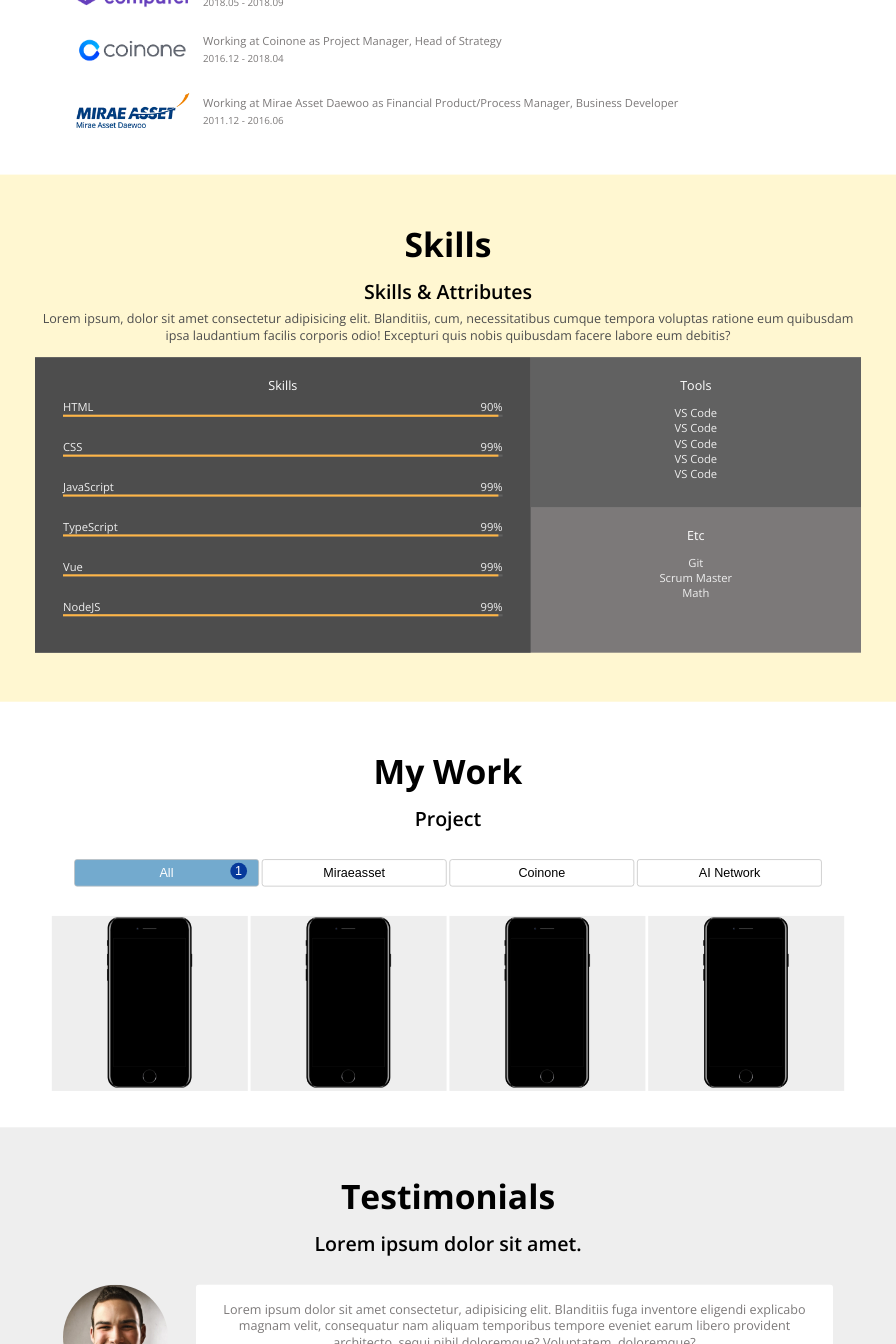
Repository: hammlee/portfolio
Page: index.html
The author's editor kept a copy of each file at every save. The page is drawn from the files as they stood at one save, then again after the next save.
The browser window is 1280 px wide. The pictures show the part of the page from y = 1618 to 3538 px (the page is 4284 px tall before and 3531 px after), at 70% of full size.
Some web libraries are served in a nearby version.

Above is the page before, as saved 2021-04-21 18:45:07.

After the next save:
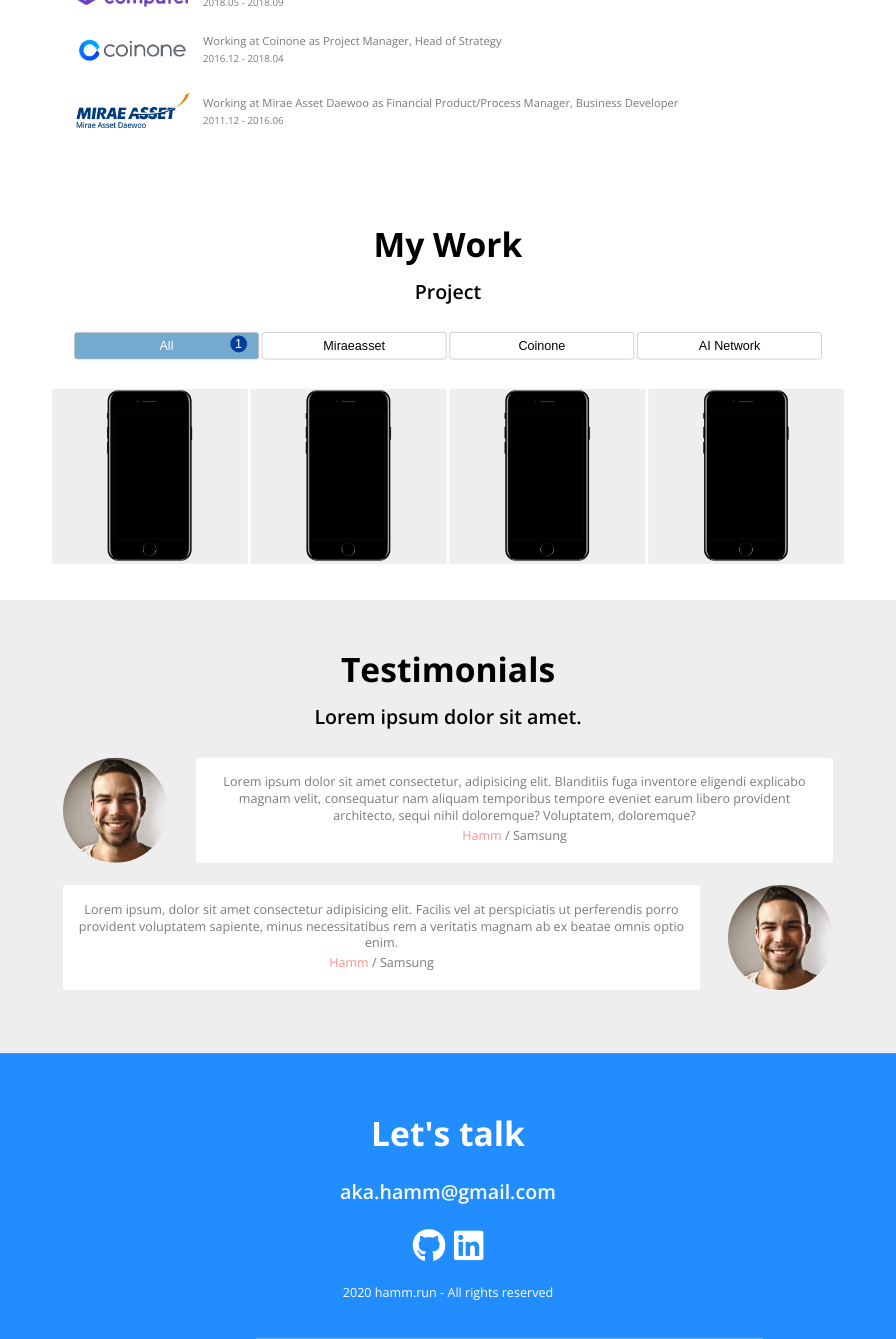
Saved 103 s later.
--- a/index.html
+++ b/index.html
@@ -168,7 +168,7 @@
     </section>
 
     <!-- Skills -->
-    <section id="skills" class="section">
+    <!-- <section id="skills" class="section">
       <div class="section__container">
         <h1>Skills</h1>
         <h2>Skills & Attributes</h2>
@@ -268,7 +268,7 @@
           </div>
         </div>
       </div>
-    </section>
+    </section> -->
 
     <!-- Work -->
     <section id="work" class="section">
